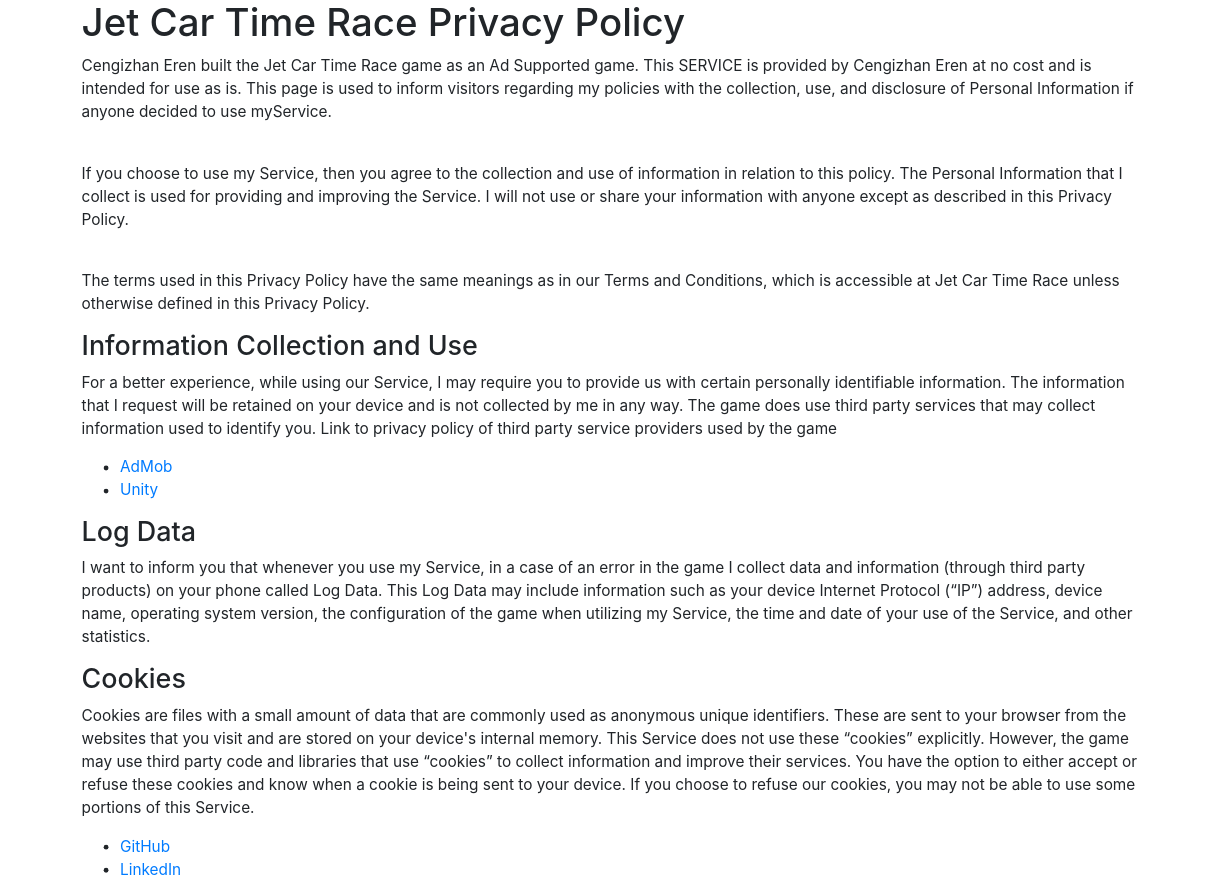
Repository: CengoCengo/cengocengo.github.io
Page: jetcartimeraceprivacypolicy.html
These files come from the project's save history. The page is drawn as it stood at one moment and after the next save; the edit follows.
The browser window is 1280 px wide. The pictures show the whole page, at 96% of full size.

Above is the page before, as saved 2022-10-11 14:38:00.

### jetcartimeraceprivacypolicy.html
<!DOCTYPE html>
<html lang="en">
<head>
    <meta charset="UTF-8">
    <meta http-equiv="X-UA-Compatible" content="IE=edge">
    <meta name="viewport" content="width=device-width, initial-scale=1, user-scalable=yes">
    <link rel="stylesheet" href="https://cdn.jsdelivr.net/npm/bootstrap@4.3.1/dist/css/bootstrap.min.css" integrity="sha384-ggOyR0iXCbMQv3Xipma34MD+dH/1fQ784/j6cY/iJTQUOhcWr7x9JvoRxT2MZw1T" crossorigin="anonymous">

    <!-- <script>
        var firstClick = false
        document.onclick= function(event) {
            if(firstClick == false) {
                var audio = document.createElement("AUDIO")
                audio.setAttribute('id','audioId');
                document.body.appendChild(audio);
                audio.src = "startup.mp3"
                audio.play()
            }
            firstClick = true
        }
    </script> -->


    <title>Jet Car Time Race Privacy Policy</title>
</head>
<body>

    <body class="container">

			<div id="main">
				<!-- Header -->
					<header id="header">
						<h1>  Jet Car Time Race Privacy Policy </h1>
        				<p>Cengizhan Eren built the Jet Car Time Race game as an Ad Supported game. This SERVICE is provided by Cengizhan Eren at no cost and is intended for use as is. This page is used to inform visitors regarding my policies with the collection, use, and disclosure of Personal Information if anyone decided to use myService.</p> <br>
                        <p>
                            If you choose to use my Service, then you agree to the collection and use of information in relation to this policy. The Personal Information that I
collect is used for providing and improving the Service. I will not use or share your information with anyone except as described in this Privacy Policy.
                        </p>    <br>

                        <p>
                            The terms used in this Privacy Policy have the same meanings as in our Terms and Conditions, which is accessible at Jet Car Time Race unless
otherwise defined in this Privacy Policy.
                        </p>

                        <h3 >
                            Information Collection and Use
                        </h3>

                        <p>
                            For a better experience, while using our Service, I may require you to provide us with certain personally identifiable information. The information that I
request will be retained on your device and is not collected by me in any way.
The game does use third party services that may collect information used to identify you.
Link to privacy policy of third party service providers used by the game
                        </p>

                        <ul>
                            <li><a href="https://support.google.com/admob/answer/6128543?hl=en" target="_blank" class="icon brands fa-github"><span>AdMob</span></a></li>
							<li><a href="https://unity.com/legal/privacy-policy" target="_blank" class="icon brands fa-linkedin"><span>Unity</span></a></li>
                        </ul>

                        <h3>Log Data</h3>
                        <p>
                            I want to inform you that whenever you use my Service, in a case of an error in the game I collect data and information (through third party products)
on your phone called Log Data. This Log Data may include information such as your device Internet Protocol (“IP”) address, device name, operating
system version, the configuration of the game when utilizing my Service, the time and date of your use of the Service, and other statistics.
                        </p>

                        <h3>Cookies</h3>
                        <p>
                            Cookies are files with a small amount of data that are commonly used as anonymous unique identifiers. These are sent to your browser from the
websites that you visit and are stored on your device's internal memory.
This Service does not use these “cookies” explicitly. However, the game may use third party code and libraries that use “cookies” to collect information
and improve their services. You have the option to either accept or refuse these cookies and know when a cookie is being sent to your device. If you
choose to refuse our cookies, you may not be able to use some portions of this Service.
                        </p>

						<nav>
							<ul>
								<li><a href="https://github.com/cengocengo" target="_blank" class="icon brands fa-github"><span>GitHub</span></a></li>
								<li><a href="https://www.linkedin.com/in/cengizhan-eren" target="_blank" class="icon brands fa-linkedin"><span>LinkedIn</span></a></li>
							</ul>
						</nav>
					</header>
			</div>

        <script src="https://code.jquery.com/jquery-3.3.1.slim.min.js" integrity="sha384-q8i/X+965DzO0rT7abK41JStQIAqVgRVzpbzo5smXKp4YfRvH+8abtTE1Pi6jizo" crossorigin="anonymous"></script>
        <script src="https://cdn.jsdelivr.net/npm/popper.js@1.14.7/dist/umd/popper.min.js" integrity="sha384-UO2eT0CpHqdSJQ6hJty5KVphtPhzWj9WO1clHTMGa3JDZwrnQq4sF86dIHNDz0W1" crossorigin="anonymous"></script>
        <script src="https://cdn.jsdelivr.net/npm/bootstrap@4.3.1/dist/js/bootstrap.min.js" integrity="sha384-JjSmVgyd0p3pXB1rRibZUAYoIIy6OrQ6VrjIEaFf/nJGzIxFDsf4x0xIM+B07jRM" crossorigin="anonymous"></script>
</body>
</html>

After the next save:
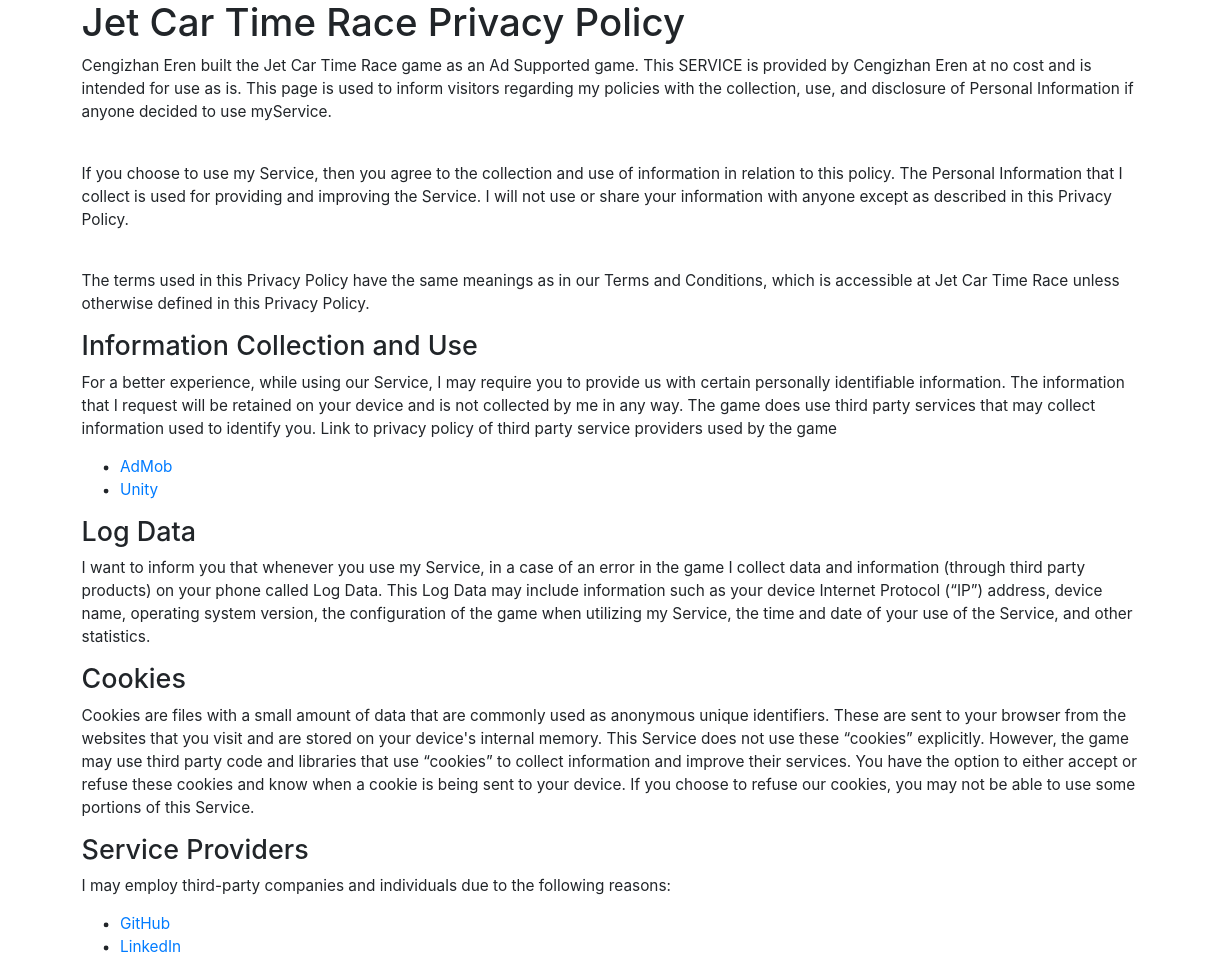
Saved 30 s later.
--- a/jetcartimeraceprivacypolicy.html
+++ b/jetcartimeraceprivacypolicy.html
@@ -74,6 +74,11 @@
 choose to refuse our cookies, you may not be able to use some portions of this Service.
                         </p>
 
+                        <h3>Service Providers</h3>
+                        <p>
+                            I may employ third-party companies and individuals due to the following reasons:
+                        </p>
+
 						<nav>
 							<ul>
 								<li><a href="https://github.com/cengocengo" target="_blank" class="icon brands fa-github"><span>GitHub</span></a></li>
